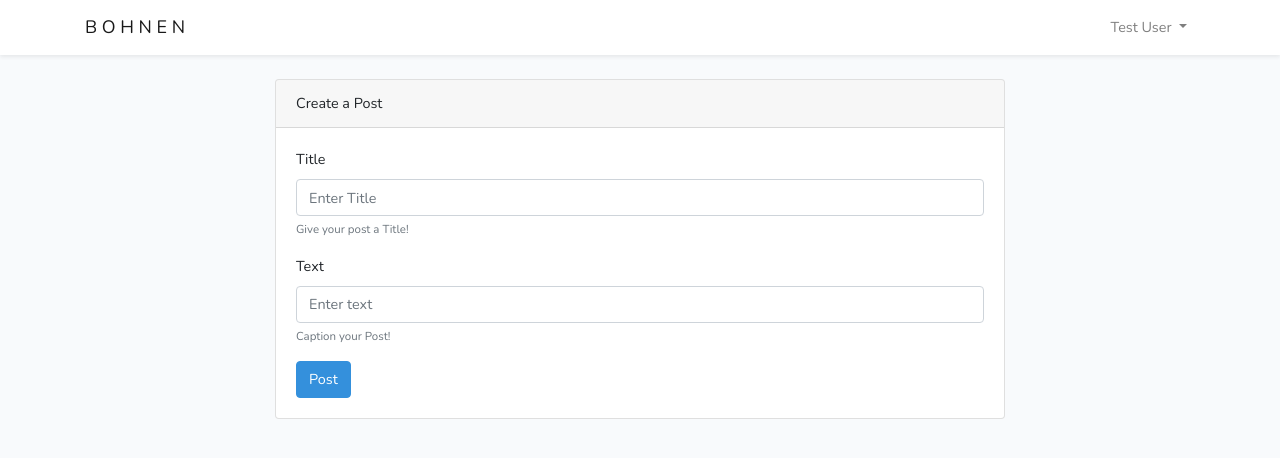
Repository: davidbohnen/BOHNEN
Page: http://localhost/post/create
These files come from the project's save history. The page is drawn as it stood at one moment and after the next save; the edit follows.
The browser window is 1280 px wide. The pictures show the whole page.
The page is served by the project's Laravel application, run on PHP 8.4 with Laravel 8. A made-up administrator, Test User (test@example.com), is signed in. Other server files are loaded and not shown.

Above is the page before, as saved 2020-05-05 21:48:04.

### routes/web.php
<?php

use Illuminate\Support\Facades\Route;

/*
|--------------------------------------------------------------------------
| Web Routes
|--------------------------------------------------------------------------
|
| Here is where you can register web routes for your application. These
| routes are loaded by the RouteServiceProvider within a group which
| contains the "web" middleware group. Now create something great!
|
*/

Route::get('/', function () {
    return view('welcome');
});

Auth::routes();

Route::get('/home', 'HomeController@index')->name('home');

Route::get('/post/create', 'PostController@create');
Route::post('/post', 'PostController@store');
Route::get('/warn', 'IndexController@warn');
Route::get('/post/{post}', 'PostController@show');

Route::get('/public', 'IndexController@public');



Route::get('/about', 'IndexController@about');
Route::get('/more', 'IndexController@more');
Route::get('/history', 'IndexController@history');
Route::get('/record', 'IndexController@record');
Route::get('/contact', 'IndexController@contact');
Route::get('/live', 'IndexController@live');

### app/User.php
<?php

namespace App;

use Illuminate\Contracts\Auth\MustVerifyEmail;
use Illuminate\Foundation\Auth\User as Authenticatable;
use Illuminate\Notifications\Notifiable;

class User extends Authenticatable
{
    use Notifiable;

    /**
     * The attributes that are mass assignable.
     *
     * @var array
     */
    protected $fillable = [
        'name', 'email', 'password',
    ];

    /**
     * The attributes that should be hidden for arrays.
     *
     * @var array
     */
    protected $hidden = [
        'password', 'remember_token',
    ];

    /**
     * The attributes that should be cast to native types.
     *
     * @var array
     */
    protected $casts = [
        'email_verified_at' => 'datetime',
    ];


    public function post(){
        return $this->hasMany(Post::class);
    }

}

### app/Http/Controllers/PostController.php
<?php

namespace App\Http\Controllers;

use Illuminate\Http\Request;

class PostController extends Controller
{
    public function __construct()
    {
        $this->middleware('auth');
    }

    public function create()
    {
        return view('post.create');
    }

    public function store()
    {

        $data = request()->validate([
            'title' => 'required',
            'text' => 'required',

        ]);

        //$data['user_id']= auth()->user()->id;

        //$post = \App\Post::create($data);

        if(auth()->user()->id == 1){
        $post = auth()->user()-> post() ->create($data);

        return redirect('/post/'.$post->id);
        }else{
            return redirect('/warn');
        }
    }

    public function show(\App\Post $post)
    {
        return view('post.show',compact('post'));
    }
}

### resources/views/post/create.blade.php
@extends('layouts.app')

@section('content')
<div class="container">
    <div class="row justify-content-center">
        <div class="col-md-8">
            <div class="card">
                <div class="card-header">Create a Post</div>

                <div class="card-body">
                    <form action = "/post" method="post">
                        @csrf

                        <div class="form-group">
                        <label for="title">Title</label>
                        <input name = "title" type="text" class="form-control" id="title" aria-describedby="titleHelp" placeholder="Enter Title">
                        <small id="titleHelp" class="form-text text-muted">Give your post a Title!</small>

                            @error('title')
                                <small class = "text-danger">{{$message}}</small>
                            @enderror
                        </div>

                        <div class="form-group">
                        <label for="text">Text</label>
                        <input name = "text" type="text" class="form-control" id="text" aria-describedby="textHelp" placeholder="Enter text">
                        <small id="textHelp" class="form-text text-muted">Caption your Post!</small>

                        @error('text')
                                <small class = "text-danger">{{$message}}</small>
                            @enderror

                        </div>

                        <button type="submit" class="btn btn-primary">Post</button>
                    </form>

                </div>

            </div>
        </div>
    </div>
</div>
@endsection

<!-- <div class="card mb-3" style = "margin-top:10px; margin-bottom:10px;">
              <img class="card-img-top" src="images/liver.jpg" alt="Card image cap">
              <div class="card-body">
                <h5 class="card-title">LIVERPOOL OUT!</h5>
                <p class="card-text">This is a wider card with supporting text below as a natural lead-in to additional content. This content is a little bit longer.</p>
                <p class="card-text"><small class="text-muted">3 mins ago</small></p>
                <a href="#" class="btn btn-link" style="text-decoration: none;">Read</a>
              </div>
            </div>

            <div class="card mb-3" style = "margin-top:10px; margin-bottom:10px;">

              <div class="embed-responsive embed-responsive-16by9">
                <iframe width="560" height="315" src="https://www.youtube.com/embed/oqiKmC0qhZw?start=14" frameborder="0"
                allow="accelerometer; autoplay; encrypted-media; gyroscope; picture-in-picture" allowfullscreen></iframe>
              </div>

                <div class="card-body">
                  <h5 class="card-title">GOAL!</h5>
                  <p class="card-text">This is a wider card with supporting text below as a natural lead-in to additional content. This content is a little bit longer.</p>
                  <p class="card-text"><small class="text-muted">3 mins ago</small></p>
                  <a href="#" class="btn btn-link" style="text-decoration: none;">Watch</a>
                </div>
              </div> -->

### resources/views/layouts/app.blade.php
<!doctype html>
<html lang="{{ str_replace('_', '-', app()->getLocale()) }}">
<head>
    <meta charset="utf-8">
    <meta name="viewport" content="width=device-width, initial-scale=1">

    <!-- CSRF Token -->
    <meta name="csrf-token" content="{{ csrf_token() }}">

    <title>{{ config('BOHNEN', 'B O H N E N') }}</title>


    <!-- Scripts -->
    <script src="{{ asset('js/app.js') }}" defer></script>

    <!-- Fonts -->
    <link rel="dns-prefetch" href="//fonts.gstatic.com">
    <link href="https://fonts.googleapis.com/css?family=Nunito" rel="stylesheet">

    <!-- Styles -->
    <link href="{{ asset('css/app.css') }}" rel="stylesheet">
</head>
<body>
    <div id="app">
        <nav class="navbar navbar-expand-md navbar-light bg-white shadow-sm">
            <div class="container">
                <a class="navbar-brand" href="{{ url('/') }}">
                    {{ config('BOHNEN', 'B O H N E N') }}
                </a>
                <button class="navbar-toggler" type="button" data-toggle="collapse" data-target="#navbarSupportedContent" aria-controls="navbarSupportedContent" aria-expanded="false" aria-label="{{ __('Toggle navigation') }}">
                    <span class="navbar-toggler-icon"></span>
                </button>

                <div class="collapse navbar-collapse" id="navbarSupportedContent">
                    <!-- Left Side Of Navbar -->
                    <ul class="navbar-nav mr-auto">

                    </ul>

                    <!-- Right Side Of Navbar -->
                    <ul class="navbar-nav ml-auto">
                        <!-- Authentication Links -->
                        @guest
                            <li class="nav-item">
                                <a class="nav-link" href="{{ route('login') }}">{{ __('Login') }}</a>
                            </li>
                            @if (Route::has('register'))
                                <li class="nav-item">
                                    <a class="nav-link" href="{{ route('register') }}">{{ __('Register') }}</a>
                                </li>
                            @endif
                        @else
                            <li class="nav-item dropdown">
                                <a id="navbarDropdown" class="nav-link dropdown-toggle" href="#" role="button" data-toggle="dropdown" aria-haspopup="true" aria-expanded="false" v-pre>
                                    {{ Auth::user()->name }} <span class="caret"></span>
                                </a>

                                <div class="dropdown-menu dropdown-menu-right" aria-labelledby="navbarDropdown">
                                    <a class="dropdown-item" href="{{ route('logout') }}"
                                       onclick="event.preventDefault();
                                                     document.getElementById('logout-form').submit();">
                                        {{ __('Logout') }}
                                    </a>

                                    <form id="logout-form" action="{{ route('logout') }}" method="POST" style="display: none;">
                                        @csrf
                                    </form>
                                </div>
                            </li>
                        @endguest
                    </ul>
                </div>
            </div>
        </nav>

        <main class="py-4">
            @yield('content')
        </main>
    </div>
</body>
</html>

Loaded but not shown: app/Http/Controllers/Auth/LoginController.php (common file); app/Http/Controllers/Controller.php (common file); app/Http/Controllers/Auth/ConfirmPasswordController.php (common file); public/css/app.css (library)

After the next save:
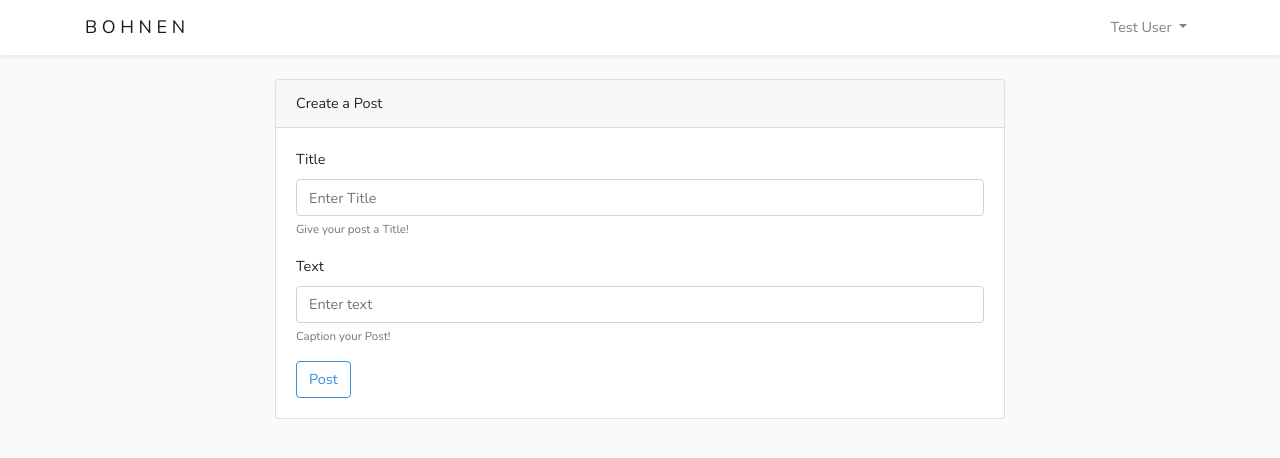
Saved 7 s later.
--- a/resources/views/post/create.blade.php
+++ b/resources/views/post/create.blade.php
@@ -32,7 +32,7 @@
 
                         </div>
 
-                        <button type="submit" class="btn btn-primary">Post</button>
+                        <button type="submit" class="btn btn-outline-primary my-2 my-sm-0">Post</button>
                     </form>
 
                 </div>
